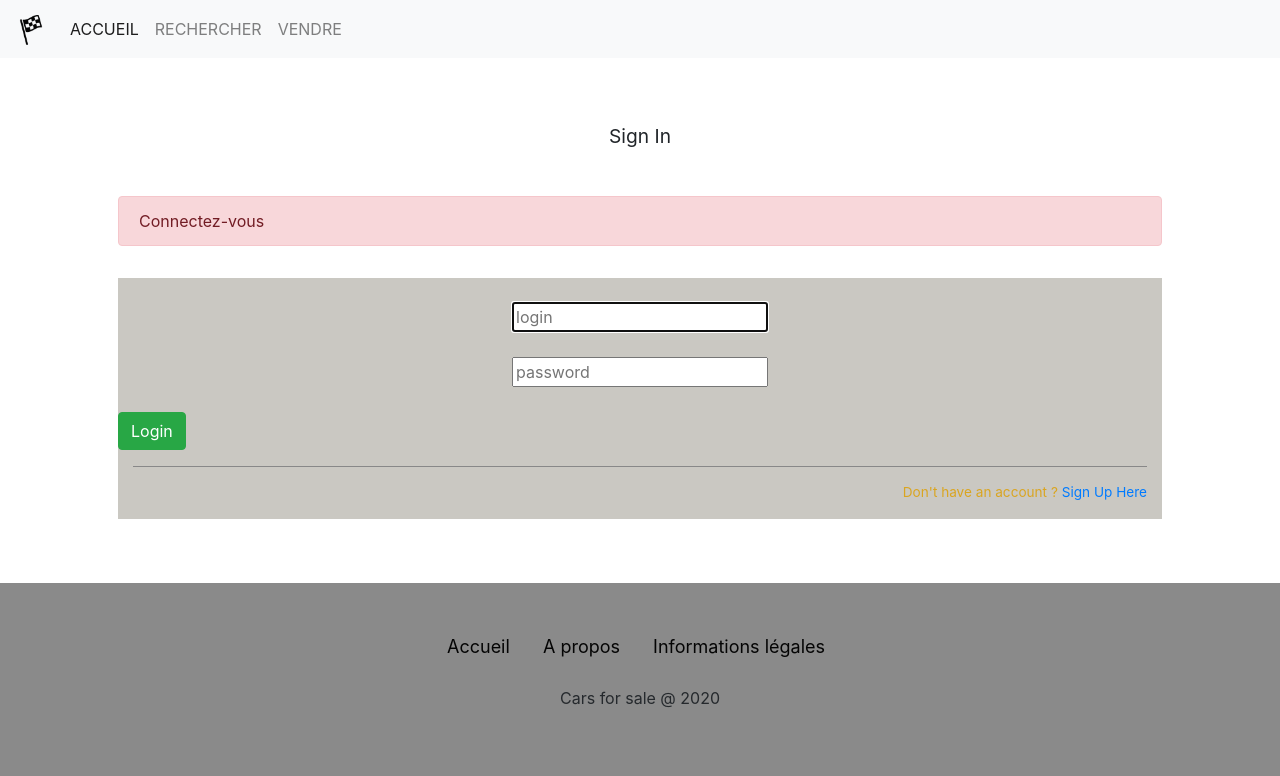
Repository: JonasvanHoorebeke/node_project_carforsale_final
Page: http://localhost/login/now
The author's editor kept a copy of each file at every save. The page is drawn from the files as they stood at one save, then again after the next save.
The browser window is 1280 px wide. The pictures show the whole page.
The page is served by the project's Node server (server.js).

Above is the page before, as saved 2020-08-26 10:38:02.

After the next save:
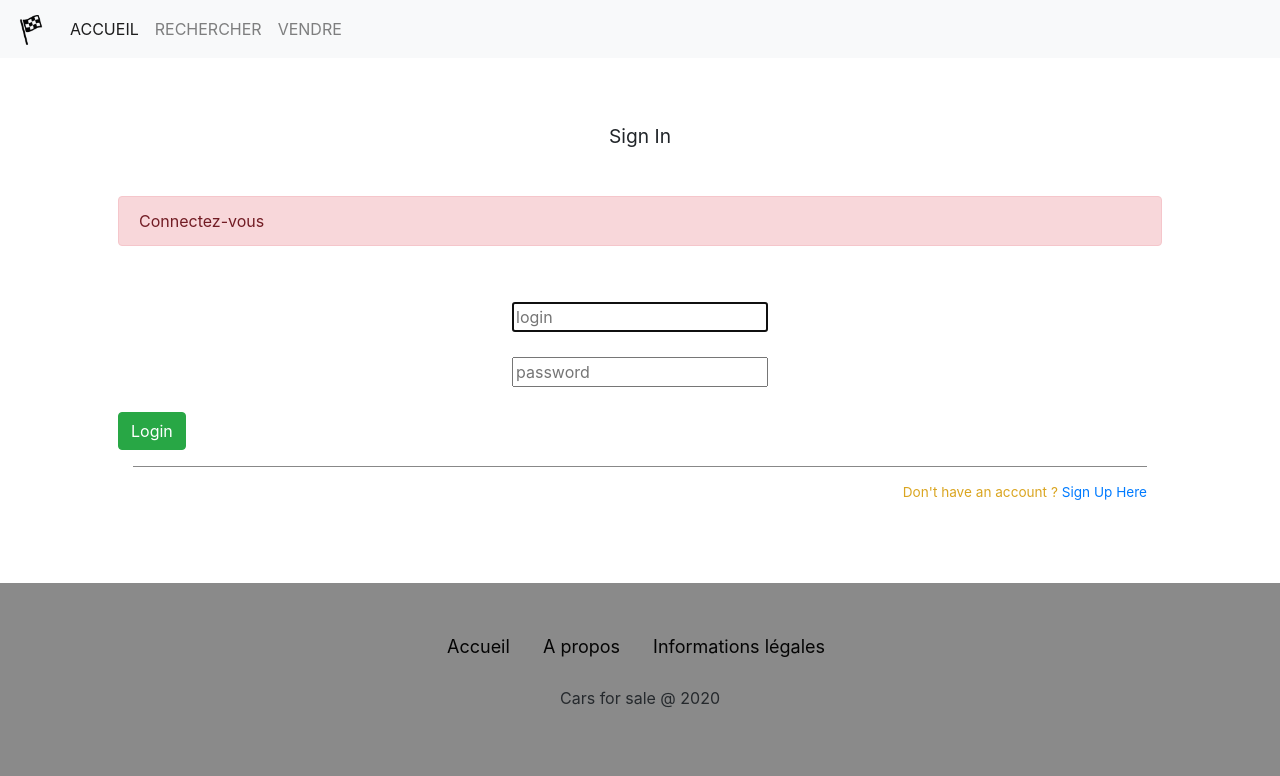
Saved 54 min 13 s later.
--- a/public/css/style.css
+++ b/public/css/style.css
@@ -132,7 +132,6 @@ ul.boutonfooter a {
 
 form {
     margin-top: 2em;
-    background-color: #cac8c2;
 }
 
 
